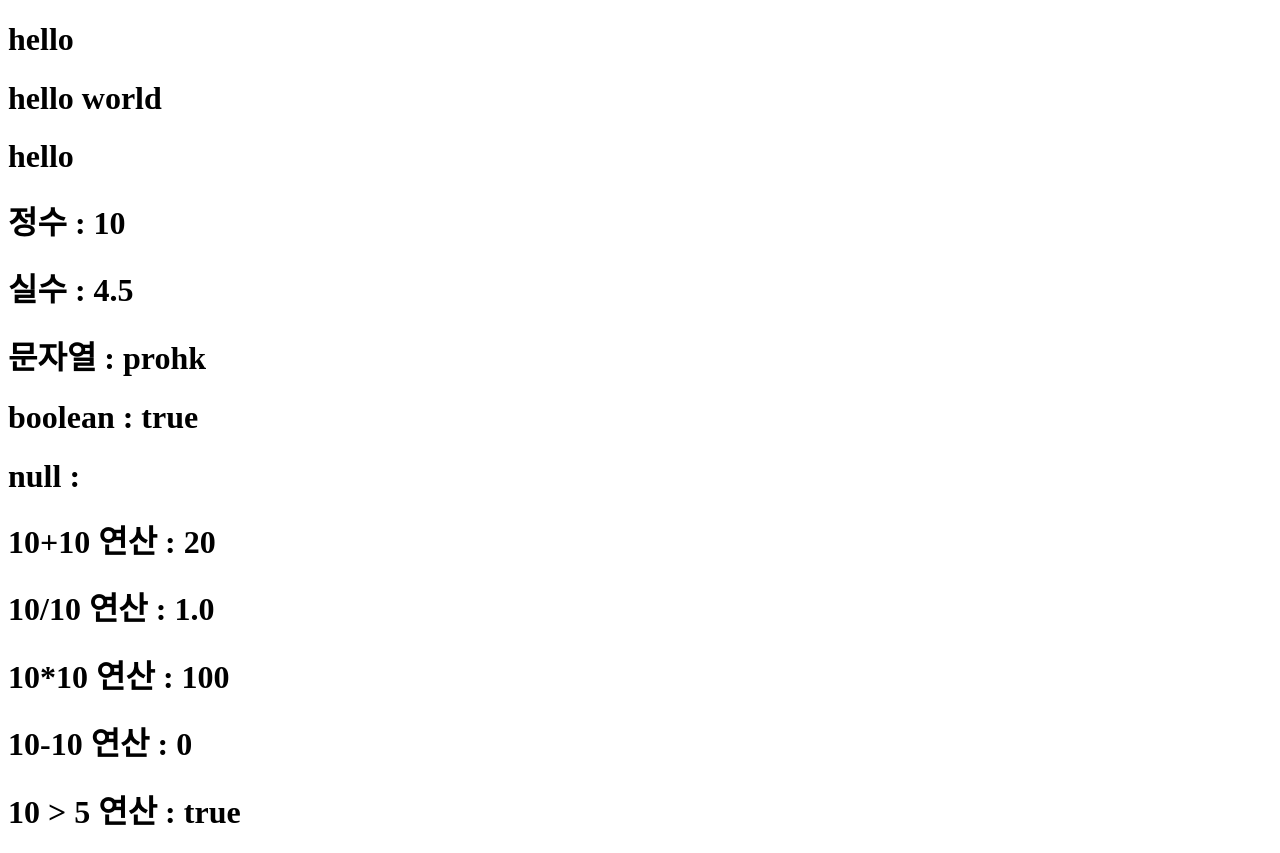
Repository: pro-hk/jsp
Page: http://localhost/chap06/express_language_01.jsp
An editor plug-in stored every save of this project. The page is shown before and after the next save, followed by the edit.
The browser window is 1280 px wide. The pictures show the whole page.
The page is served by Tomcat 9. Other server files are loaded and not shown.

Above is the page before, as saved 2022-01-25 06:16:34.

### chap06/src/main/webapp/express_language_01.jsp
<%@ page language="java" contentType="text/html; charset=UTF-8"
    pageEncoding="UTF-8"%>
<!DOCTYPE html>
<html>
<head>
<meta charset="UTF-8">
<title>Insert title here</title>
</head>
<body>
	<h1><% out.print("hello"); %></h1>
	<h1><%= "hello world" %></h1>
	<h1>${"hello"}</h1>
	<h1>정수 : ${10 }</h1>
	<h1>실수 : ${4.5 }</h1>
	<h1>문자열 : ${"prohk" }</h1>
	<h1>boolean : ${true }</h1>
	<h1>null : ${null }</h1>
	<h1>10+10 연산 : ${10+10 }</h1>
	<h1>10/10 연산 : ${10/10 }</h1>
	<h1>10*10 연산 : ${10*10 }</h1>
	<h1>10-10 연산 : ${10-10 }</h1>
	<h1>10 > 5 연산 : ${10>5 }</h1>
</body>
</html>

After the next save:
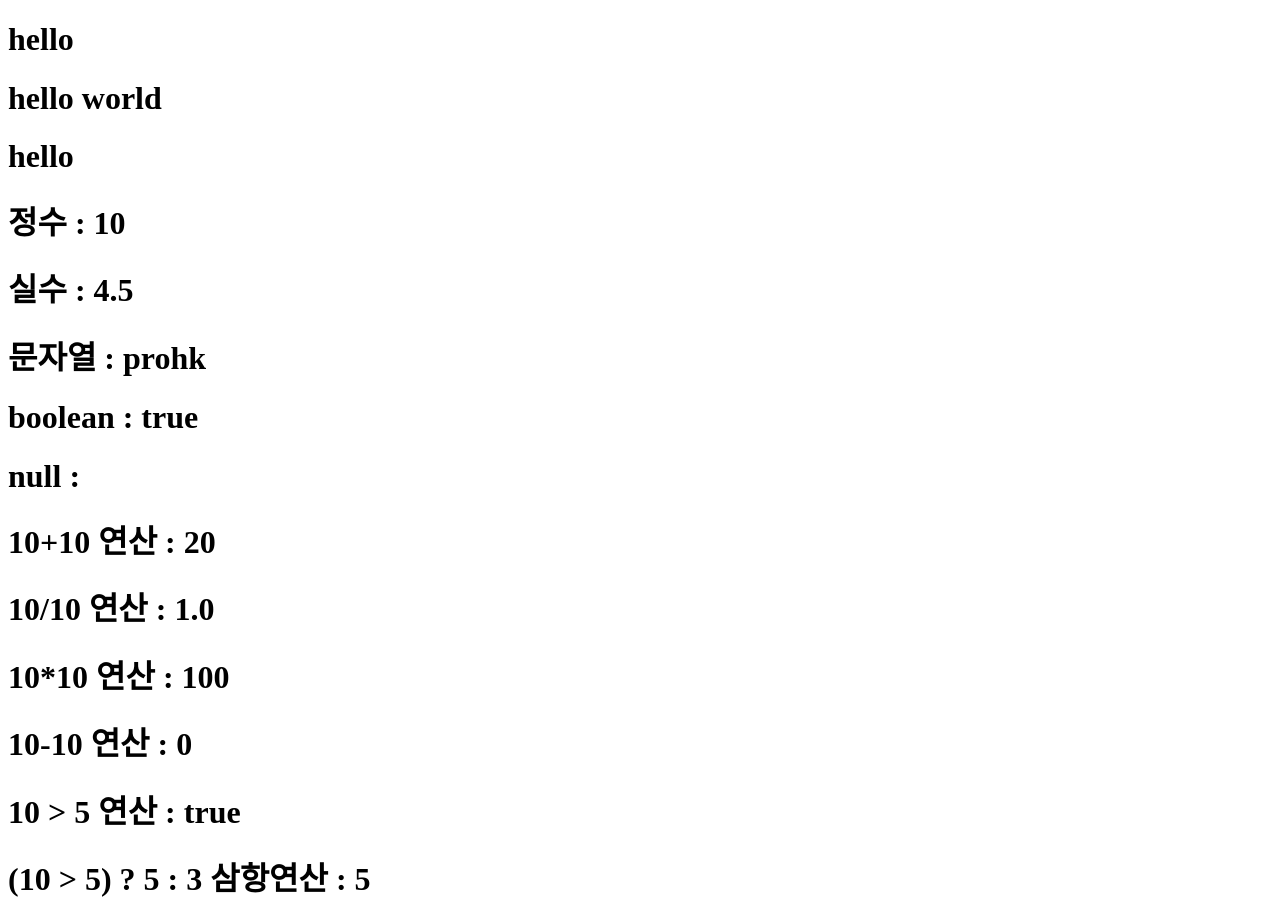
Saved 34 s later.
--- a/chap06/src/main/webapp/express_language_01.jsp
+++ b/chap06/src/main/webapp/express_language_01.jsp
@@ -20,5 +20,6 @@
 	<h1>10*10 연산 : ${10*10 }</h1>
 	<h1>10-10 연산 : ${10-10 }</h1>
 	<h1>10 > 5 연산 : ${10>5 }</h1>
+	<h1>(10 > 5) ? 5 : 3 삼항연산 : ${(10 > 5) ? 5 : 3 }</h1>
 </body>
 </html>
